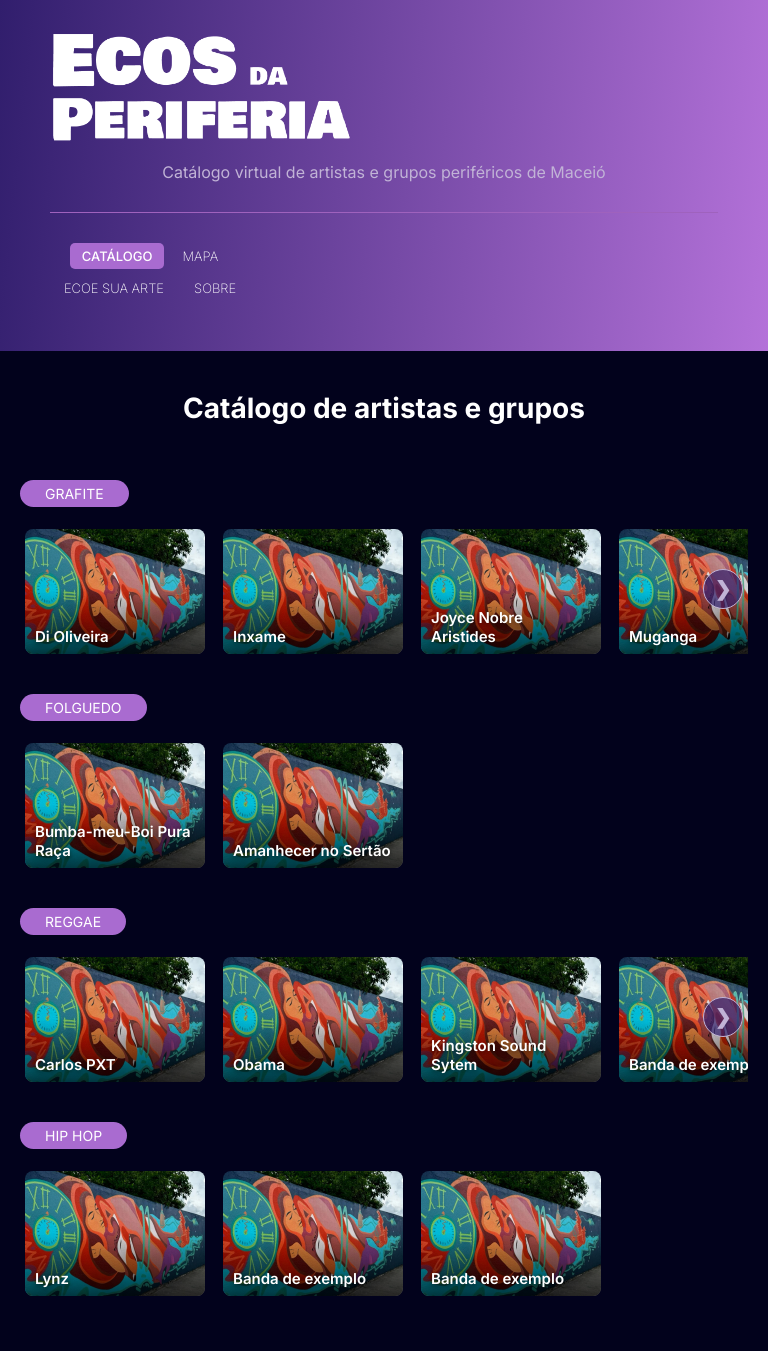
Repository: lucasthaynan/ecos-da-periferia
Page: index.html
These files come from the project's save history. The page is drawn as it stood at one moment and after the next save; the edit follows.
The browser window is 768 px wide. The pictures show the whole page.

Above is the page before, as saved 2025-11-12 12:36:36.

After the next save:
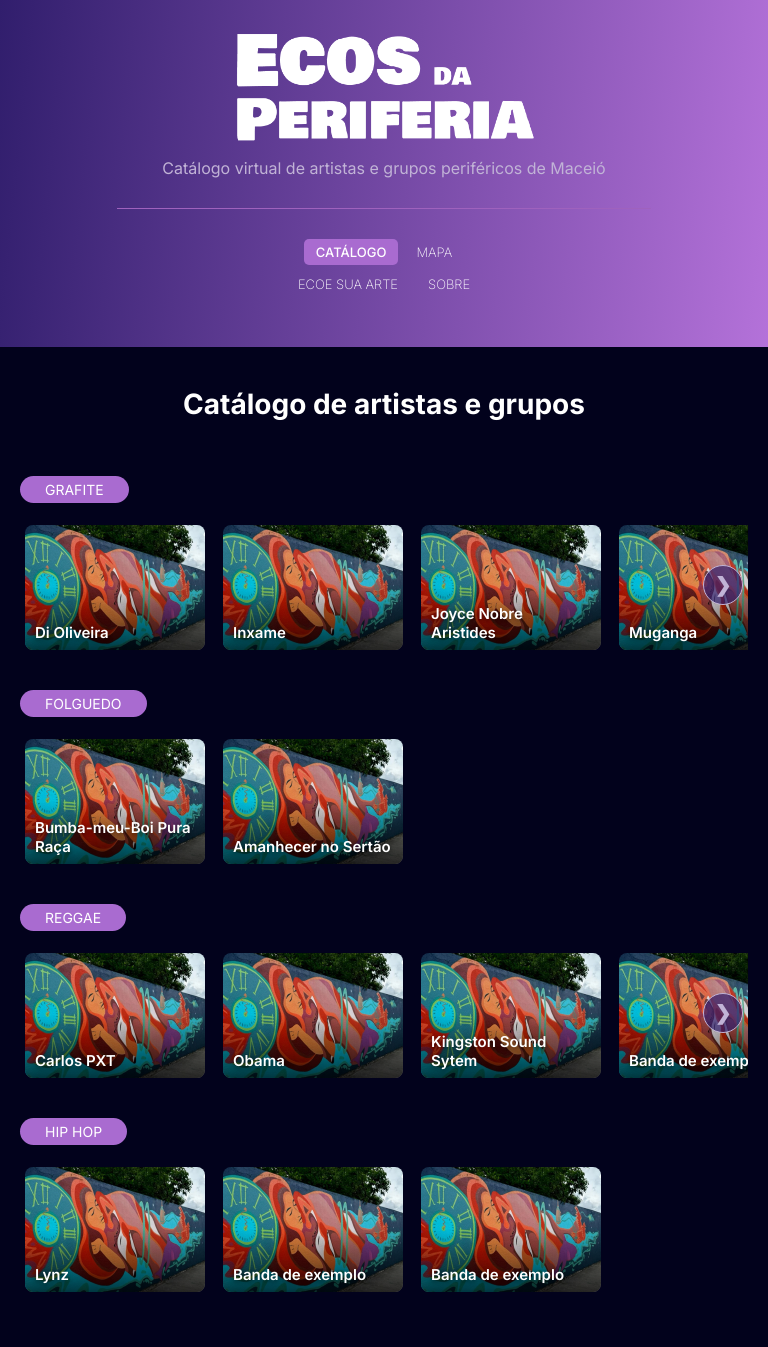
Saved 77 s later.
--- a/style.css
+++ b/style.css
@@ -555,6 +555,8 @@
     /* 2. Menu do Header */
     header .container {
         align-items: center; /* Centraliza itens do header */
+        display: flex;
+        flex-direction: column;
     }
 
     h2 {
@@ -563,7 +565,8 @@
     }
 
     div.line {
-        margin: 30px 0; /* Reduz a margem */
+        margin: 30px 0;
+        width: 80%;
     }
 
     div.menu {
